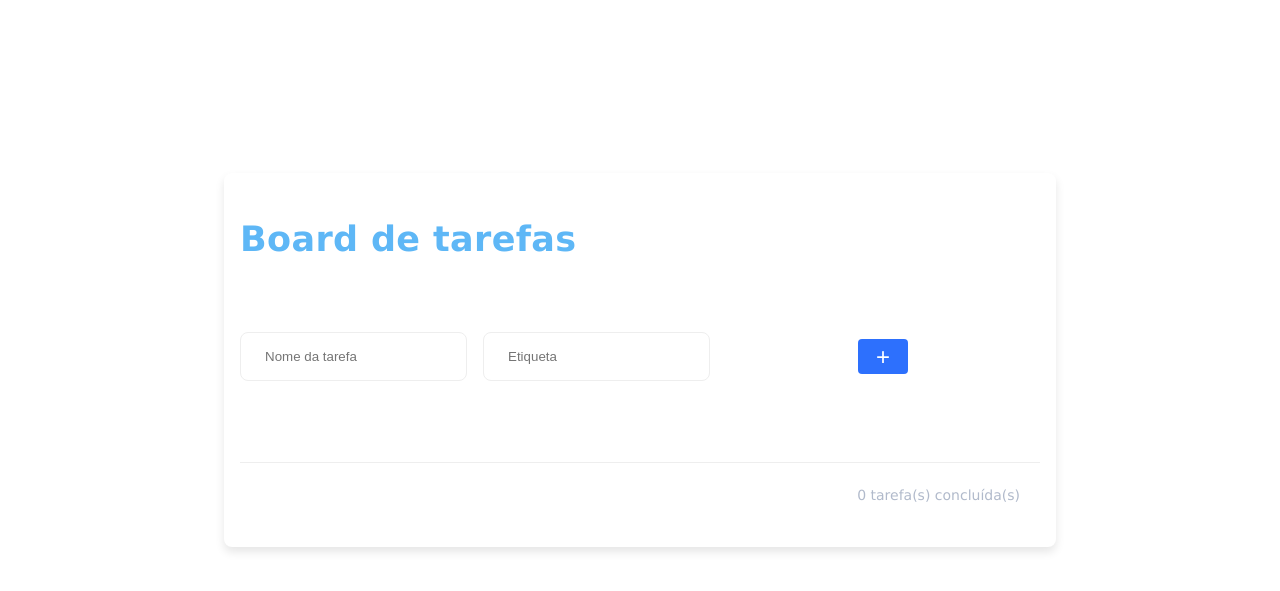
Repository: elasoares/RID187500_Desafio3
Page: index.html
An editor plug-in stored every save of this project. The page is shown before and after the next save, followed by the edit.
The browser window is 1280 px wide. The pictures show the whole page.

Above is the page before, as saved 2024-12-03 19:41:54.

After the next save:
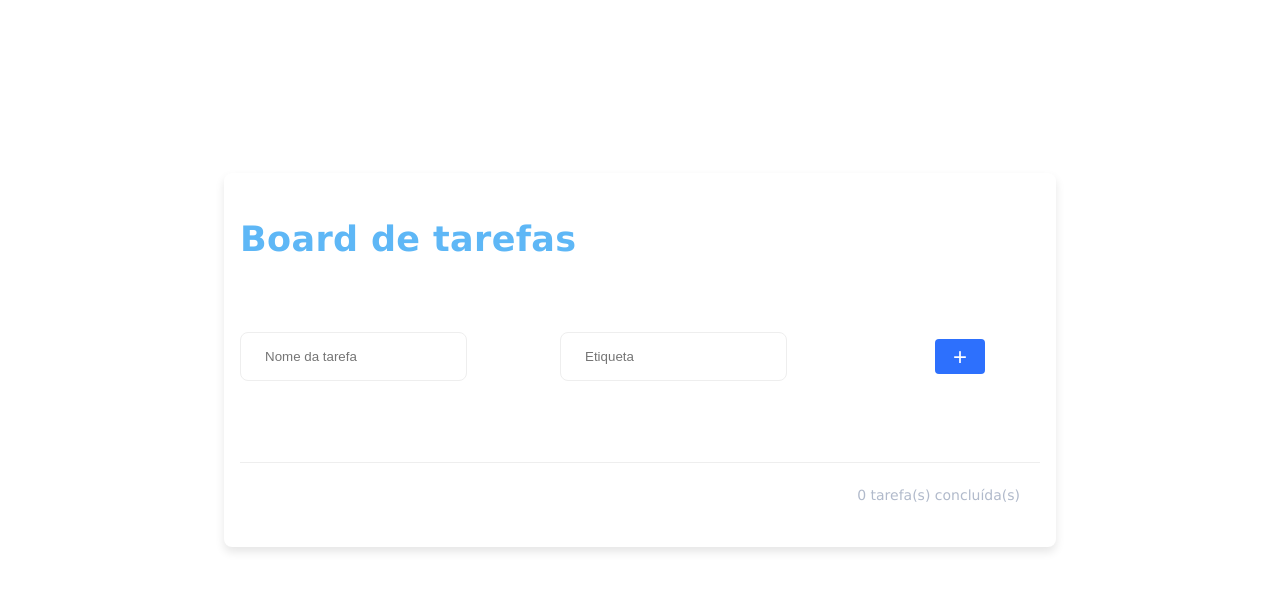
Saved 32 s later.
--- a/style.css
+++ b/style.css
@@ -259,7 +259,12 @@
         justify-content: space-between;
         width: 100%;
     }
-
+    .container-btn{
+        display: flex;
+        align-items: center;
+        justify-content: center;
+        width: 20%;
+    }
     .todo-list-section ul li {
         font-size: 1.5rem;
     }

After the 2 saves that followed:
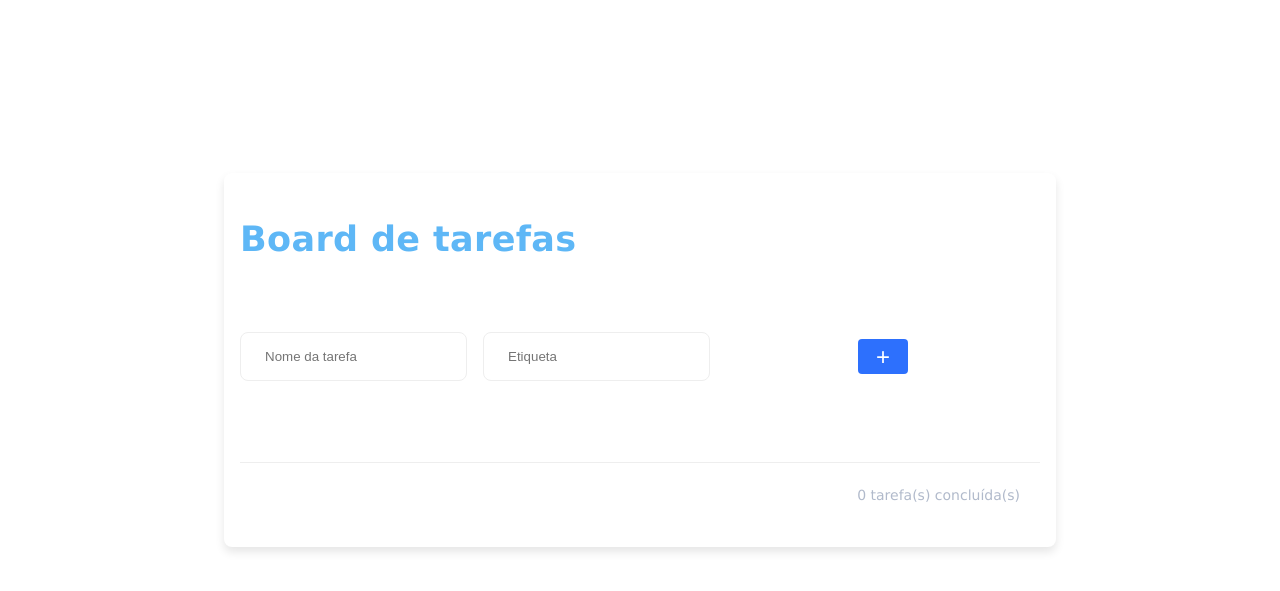
The 2 saves are shown as one change because they came seconds apart.
The last was saved 10 s later.
--- a/style.css
+++ b/style.css
@@ -263,7 +263,6 @@
         display: flex;
         align-items: center;
         justify-content: center;
-        width: 20%;
     }
     .todo-list-section ul li {
         font-size: 1.5rem;
